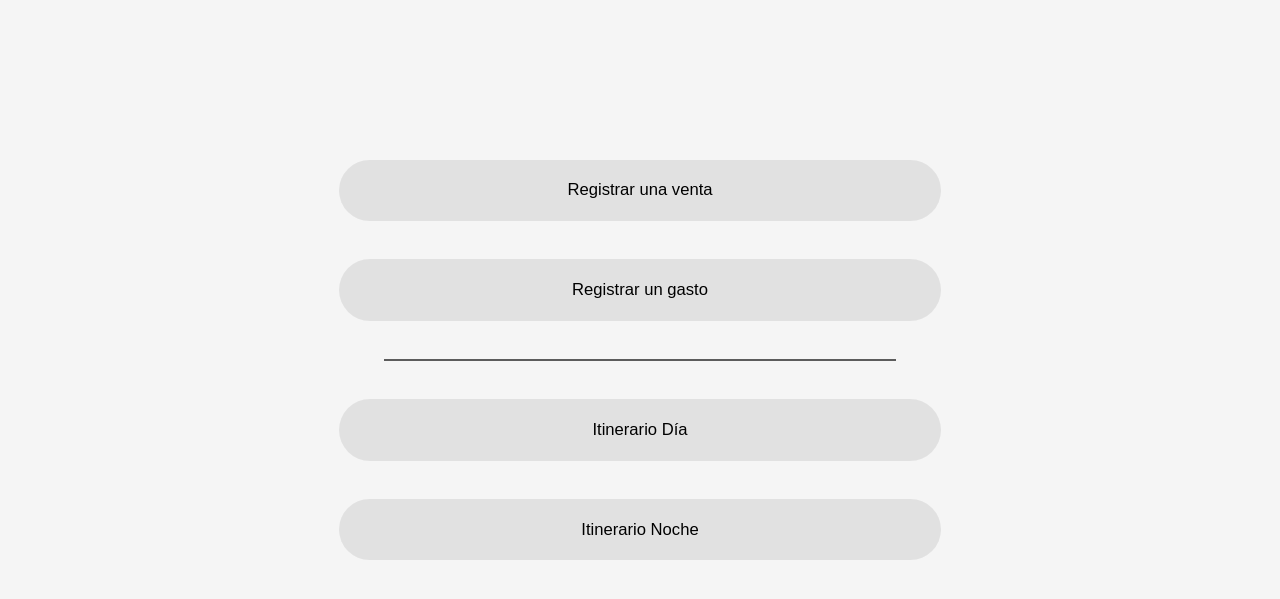
Repository: aCoupon0/intranet
Page: index.html
An editor plug-in stored every save of this project. The page is shown before and after the next save, followed by the edit.
The browser window is 1280 px wide. The pictures show the whole page.

Above is the page before, as saved 2024-11-29 11:49:17.

After the next save:
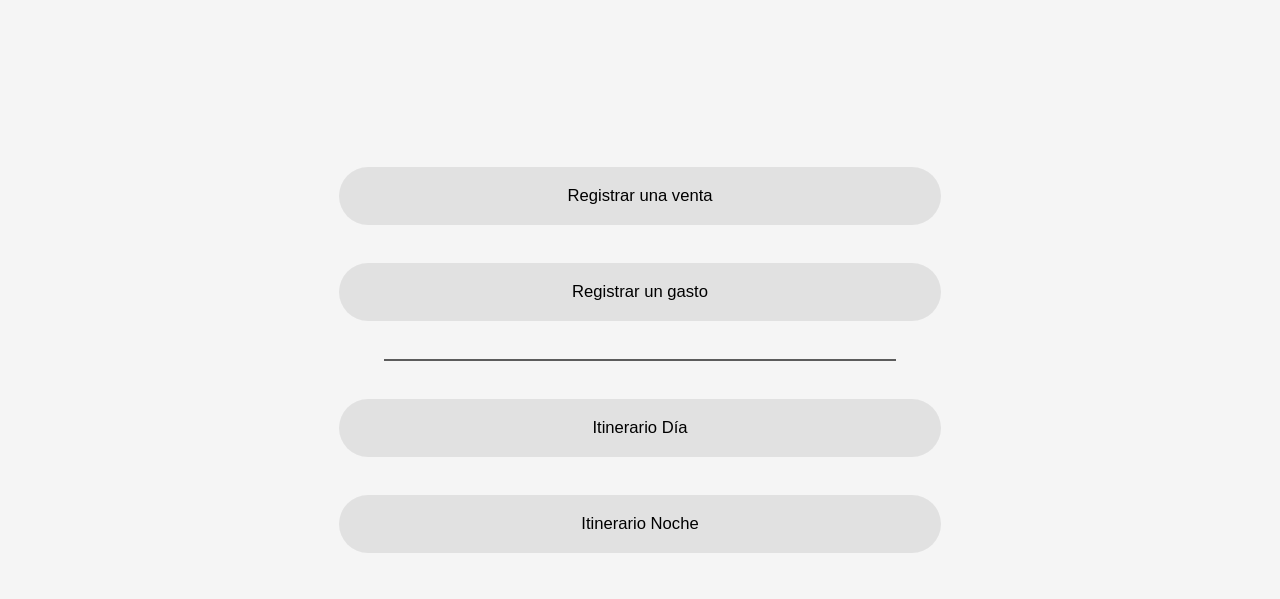
Saved 1 s later.
--- a/main.css
+++ b/main.css
@@ -18,7 +18,7 @@
 
 button {
     width: 47%;
-    height: 8.5vh;
+    height: 8vh;
     background-color: rgba(0, 0, 0, 0.082);
     border: none;
     border-radius: 10vw;
